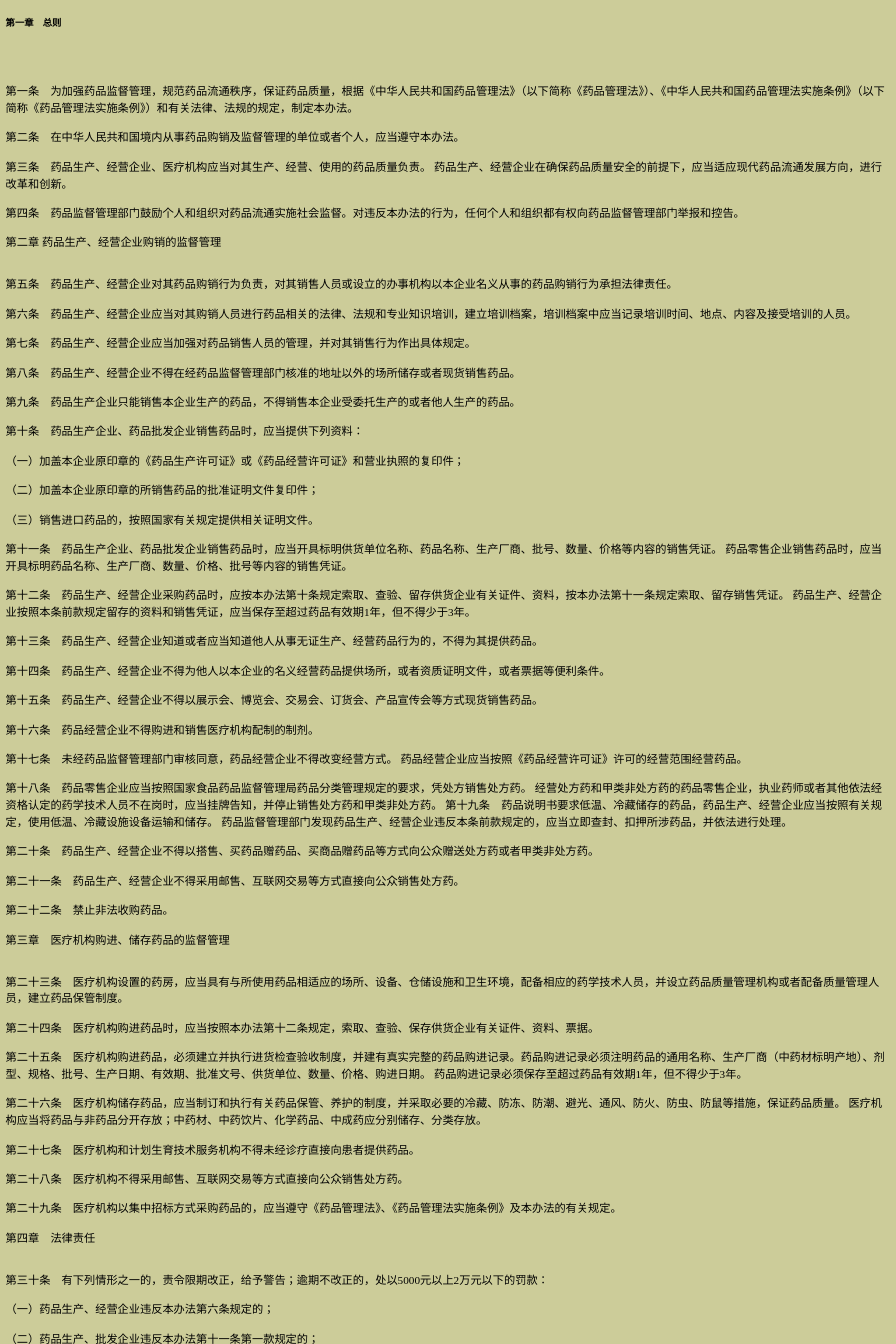
Repository: Shaoxubao/Java
Page: http://localhost/msm/jsp/rule/rules.jsp
An editor plug-in stored every save of this project. The page is shown before and after the next save, followed by the edit.
The browser window is 1280 px wide. The pictures show the part of the page from y = 0 to 1920 px (the page is 3149 px tall before and 3114 px after), at 70% of full size.
The page is served by Tomcat 9. Nobody is signed in. The application's start-up code is not run.

Above is the page before, as saved 2015-06-13 17:57:48.

After the next save:
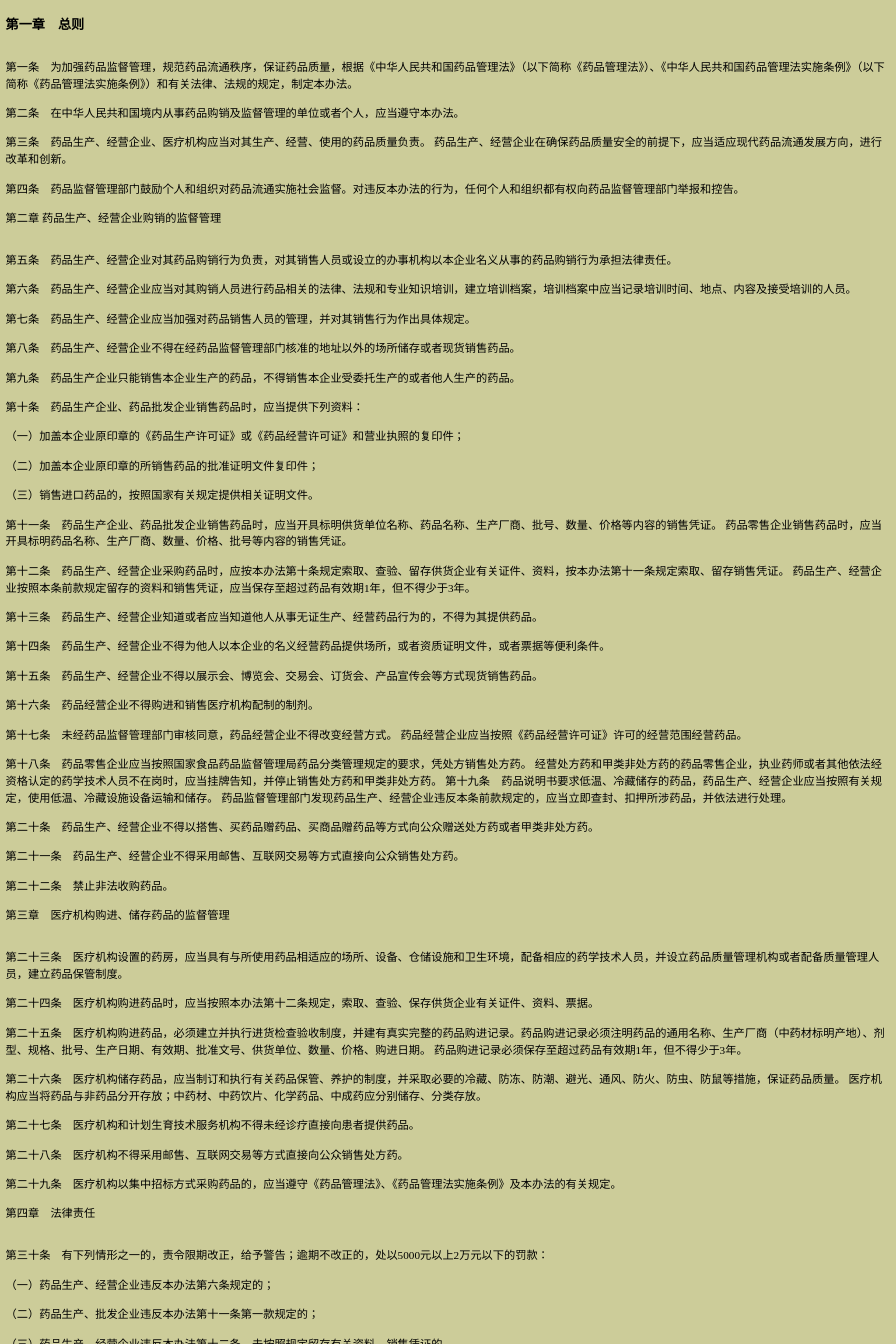
Saved 29 s later.
--- a/msm/WebContent/jsp/rule/rules.jsp
+++ b/msm/WebContent/jsp/rule/rules.jsp
@@ -7,7 +7,7 @@
 <title>Insert title here</title>
 </head>
 <body bgcolor="#CCCC99">
-<h5>第一章　总则</h5><br><br><br>
+<h3>第一章　总则</h3><br>
 
 第一条　为加强药品监督管理，规范药品流通秩序，保证药品质量，根据《中华人民共和国药品管理法》（以下简称《药品管理法》）、《中华人民共和国药品管理法实施条例》（以下简称《药品管理法实施条例》）和有关法律、法规的规定，制定本办法。<br><br>
 第二条　在中华人民共和国境内从事药品购销及监督管理的单位或者个人，应当遵守本办法。<br><br>
